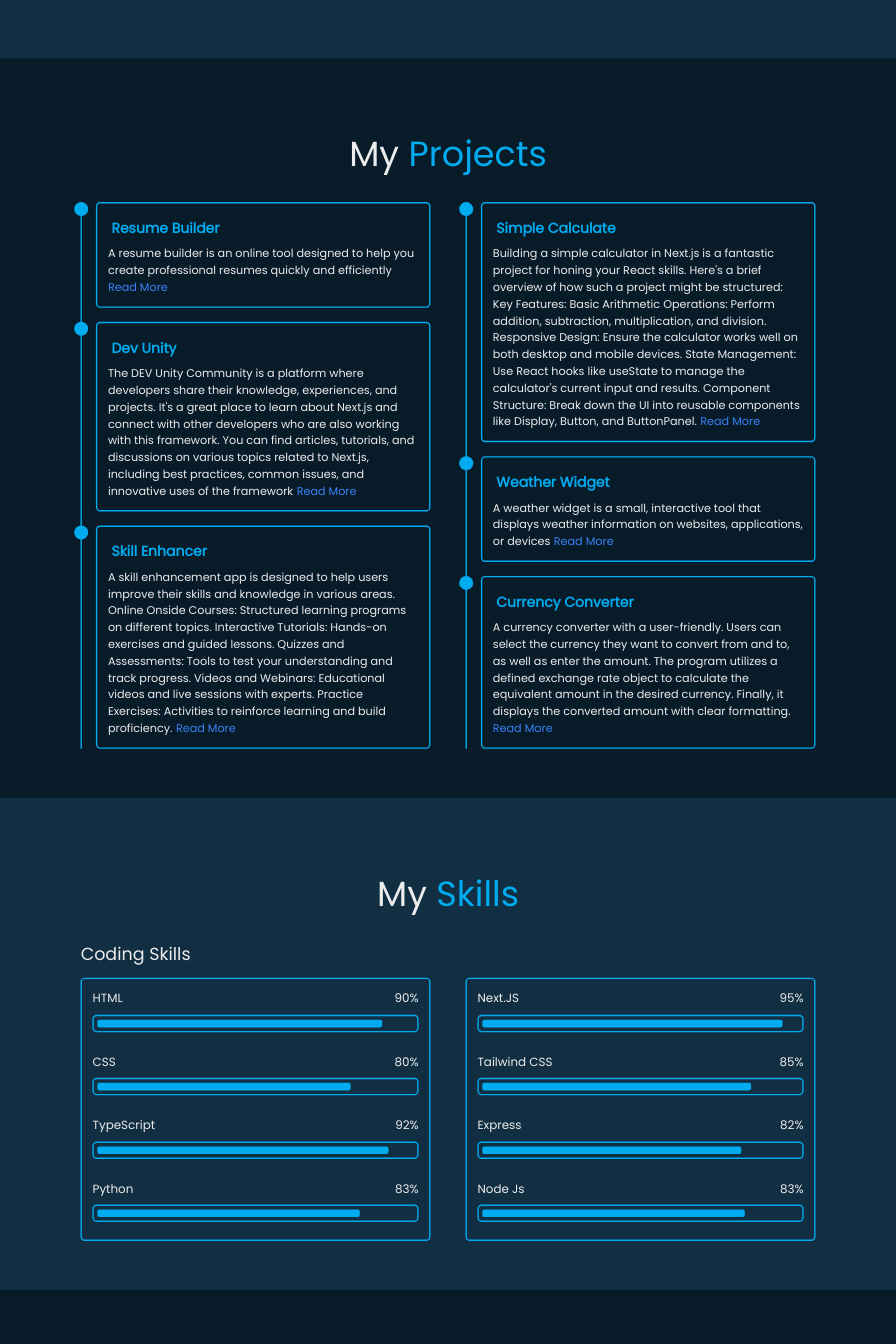
Repository: asadullah48/nextjs_projects_portfolio
Page: /
An editor plug-in stored every save of this project. The page is shown before and after the next save, followed by the edit.
The browser window is 1280 px wide. The pictures show the part of the page from y = 1574 to 3494 px (the page is 4306 px tall), at 70% of full size.
The project was rebuilt for these pictures with package versions that can differ from the ones it lists, and the page was loaded fresh each time. The framework's server and built-in components were replaced by stand-ins that run in the browser. Also part of the build but not shown: next.config.ts.

Above is the page before, as saved 2024-11-13 15:02:57.

After the next save:
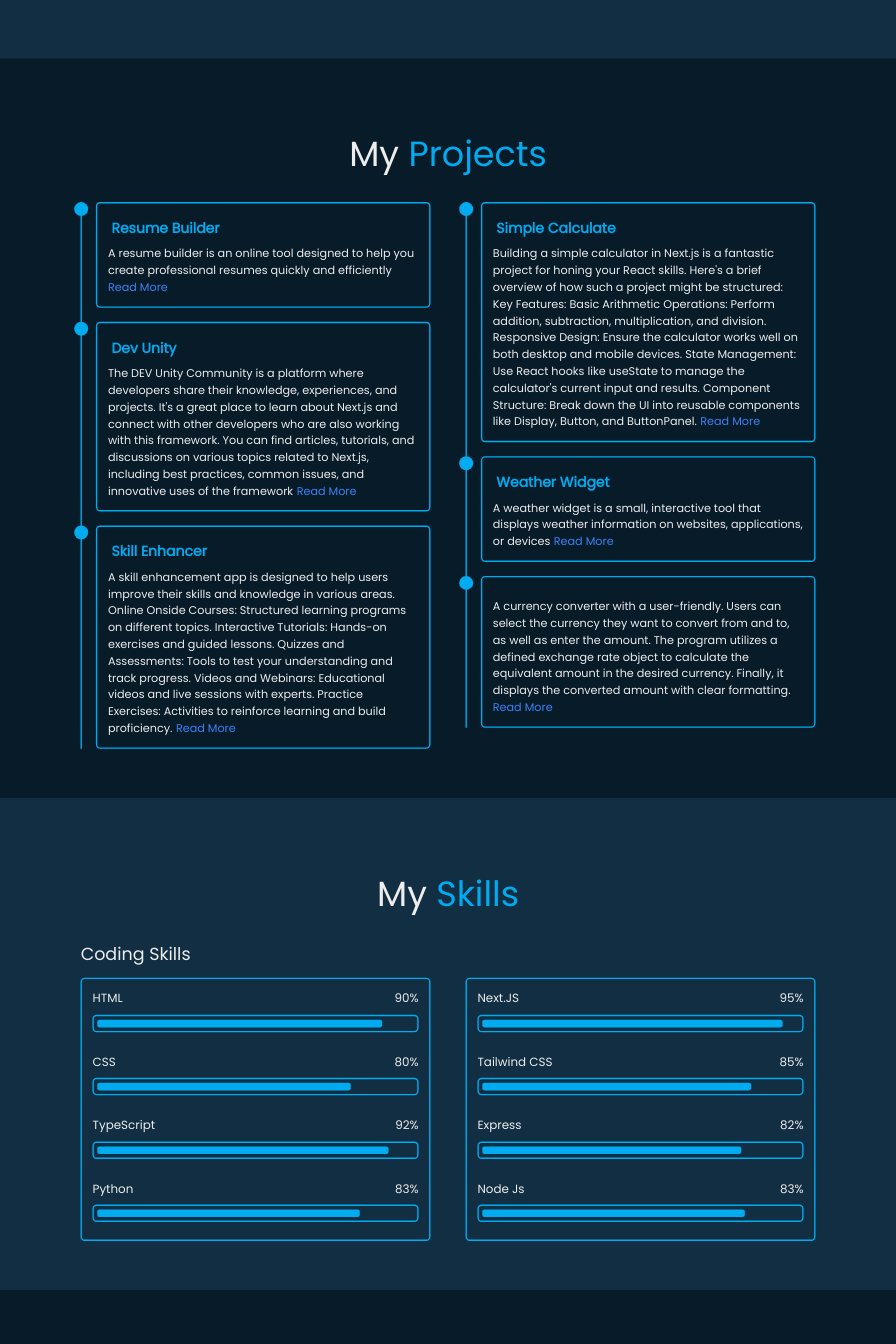
Saved 9 s later.
--- a/src/app/page.tsx
+++ b/src/app/page.tsx
@@ -351,7 +351,7 @@ Component Structure: Break down the UI into reusable components like Display, Bu
               <div className="education-content">
                 <div className="content">
                   <div className="year">
-                    <h3>Currency Converter</h3>
+                    <h3></h3>
                   </div>
                   <p>
                   A currency converter with a user-friendly. Users can select the currency they want to convert from and to,
